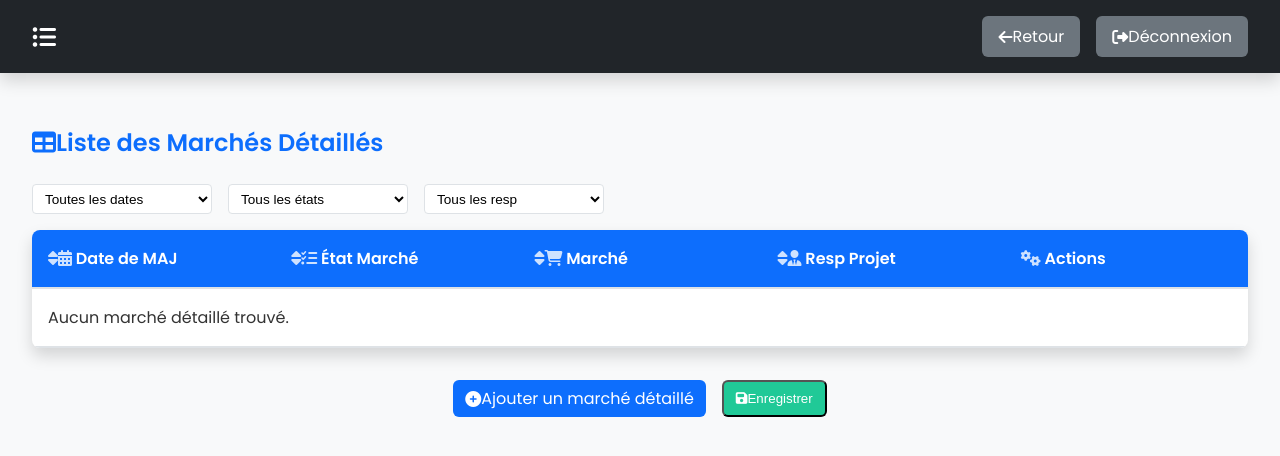
Repository: Andriatiana669/Retour_XP
Page: dashboard/templates/dashboard/liste_marche.html
These files come from the project's save history. The page is drawn as it stood at one moment and after the next save; the edit follows.
The browser window is 1280 px wide. The pictures show the whole page.
The page is served by the project's application, run on Django 5.2 (manage.py). The template is opened directly, without the code that normally fills it, so the values that code supplies are empty.

Above is the page before, as saved 2026-01-07 15:12:56.

After the next save:
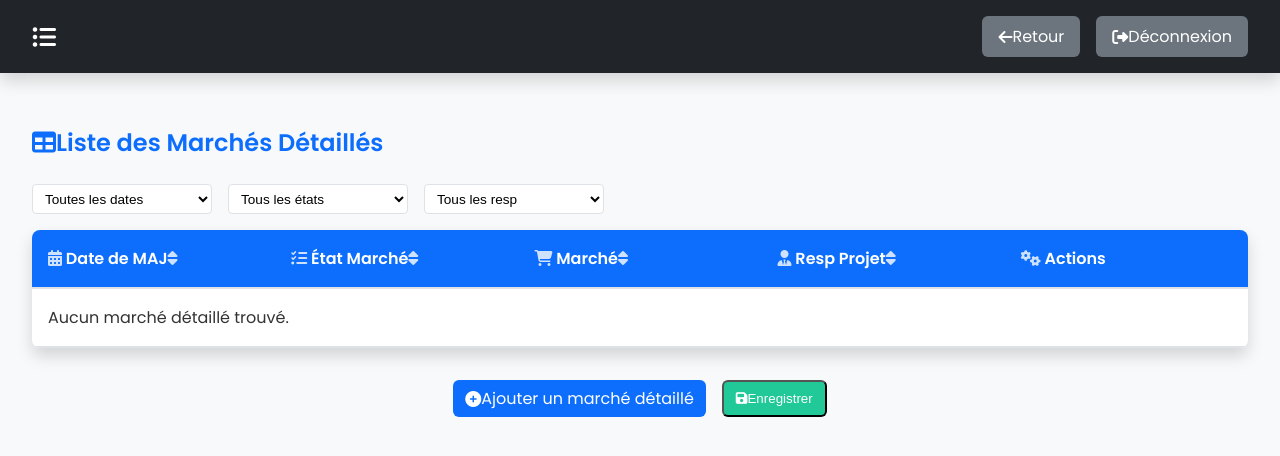
Saved 53 s later.
--- a/dashboard/static/dashboard/js/liste_marche.js
+++ b/dashboard/static/dashboard/js/liste_marche.js
@@ -13,7 +13,7 @@ document.addEventListener('DOMContentLoaded', () => {
     $$('thead th').forEach((th, idx) => {
         if (idx > 3) return; // on ne tri que les 4 premières colonnes
         th.style.cursor = 'pointer';
-        th.insertAdjacentHTML('afterbegin', '<i class="fas fa-sort ms-1 text-muted"></i>');
+        th.insertAdjacentHTML('beforeend', '<i class="fas fa-sort ms-1 text-muted"></i>');
         th.addEventListener('click', () => {
             const dir = (sortState[idx] || 1) * -1;
             sortState = {[idx]: dir};
